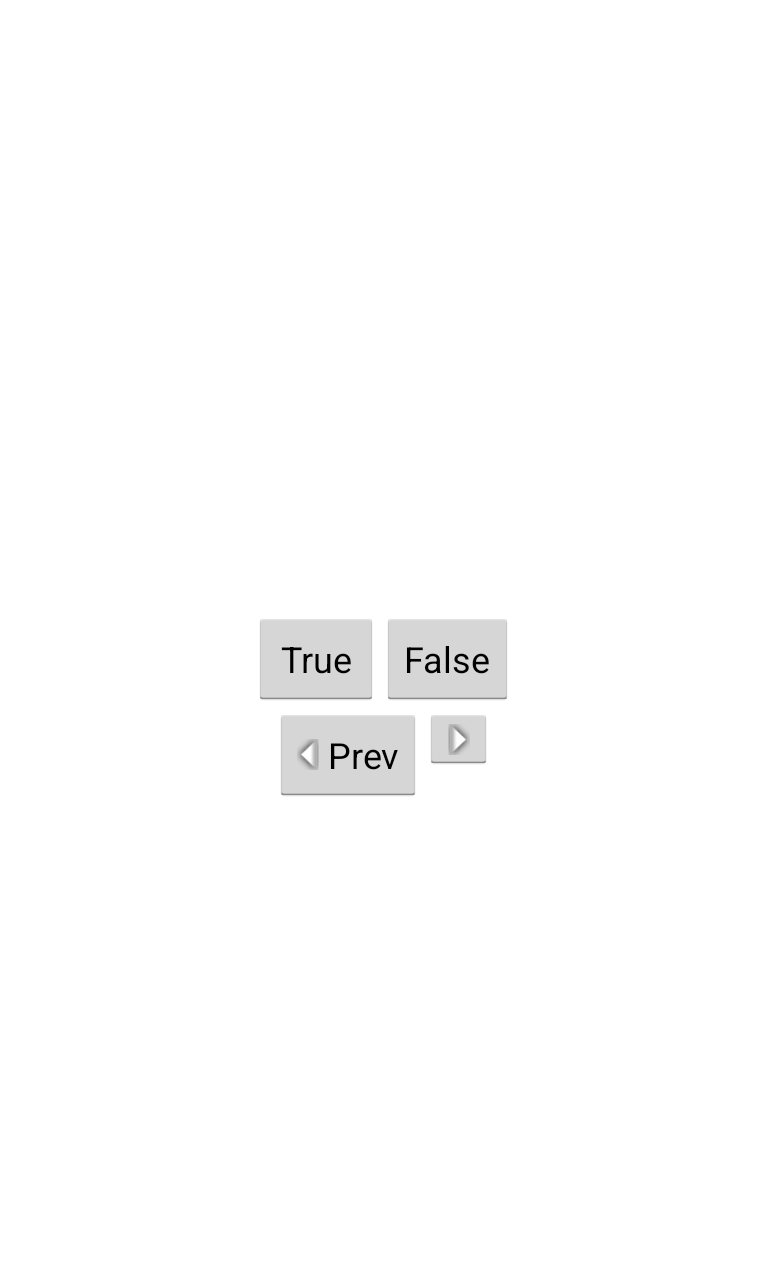
Repository: joblinan/Android-Programming-1st-Edition
Layout: GeoQuiz/res/layout/activity_quiz.xml
An editor plug-in stored every save of this project. The layout is shown before and after the next save, followed by the edit.
It is drawn on a 768 x 1280 px phone screen (xhdpi) without system bars, with theme AppTheme; the app's code is not run.

Above is the layout before, as saved 2016-08-12 03:23:48.

After the next save:
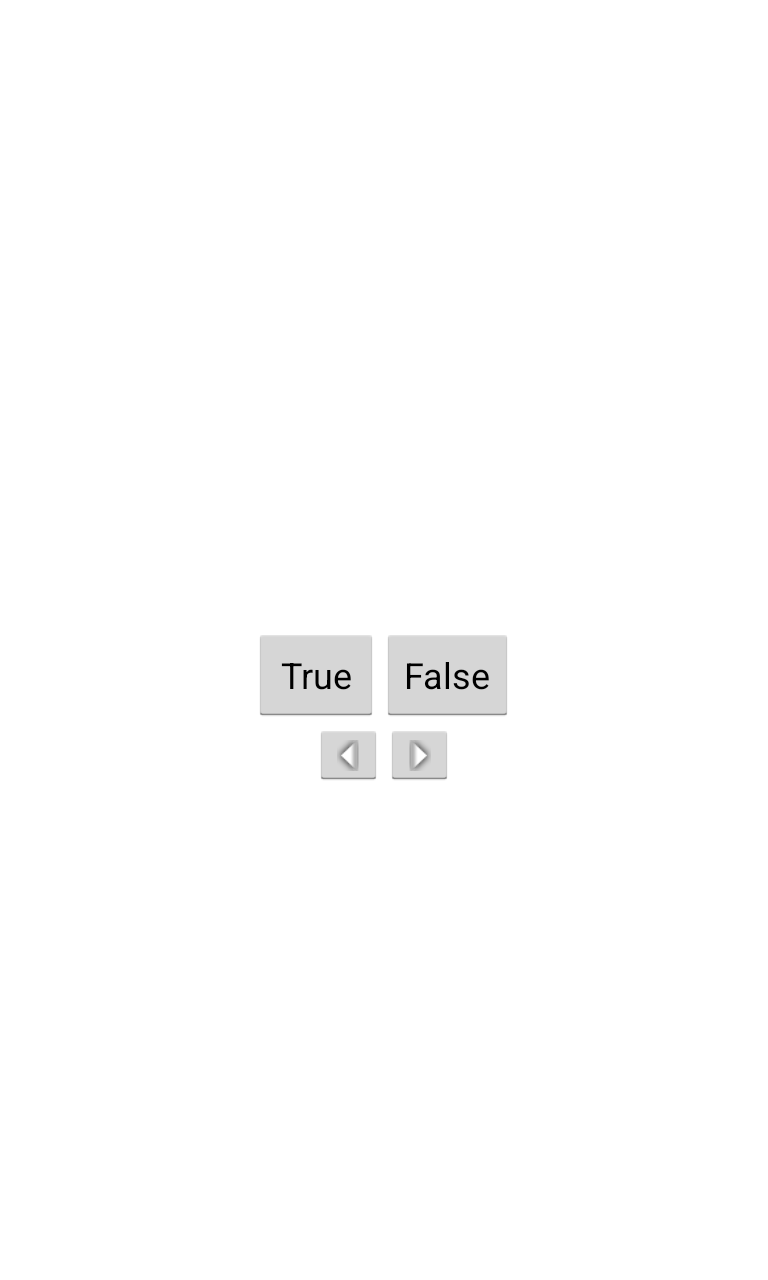
Saved 2 min 20 s later.
--- a/GeoQuiz/res/layout/activity_quiz.xml
+++ b/GeoQuiz/res/layout/activity_quiz.xml
@@ -35,13 +35,12 @@
         android:layout_height="wrap_content"
         android:orientation="horizontal" >
 
-        <Button
+        <ImageButton
             android:id="@+id/prev_button"
             android:layout_width="wrap_content"
             android:layout_height="wrap_content"
-            android:text="@string/prev_button"
-            android:drawableLeft="@drawable/arrow_left"
-            android:drawablePadding="4dp" />
+            android:src="@drawable/arrow_left"
+            android:contentDescription="@string/prev_button" />
 
         <ImageButton
 	        android:id="@+id/next_button"
